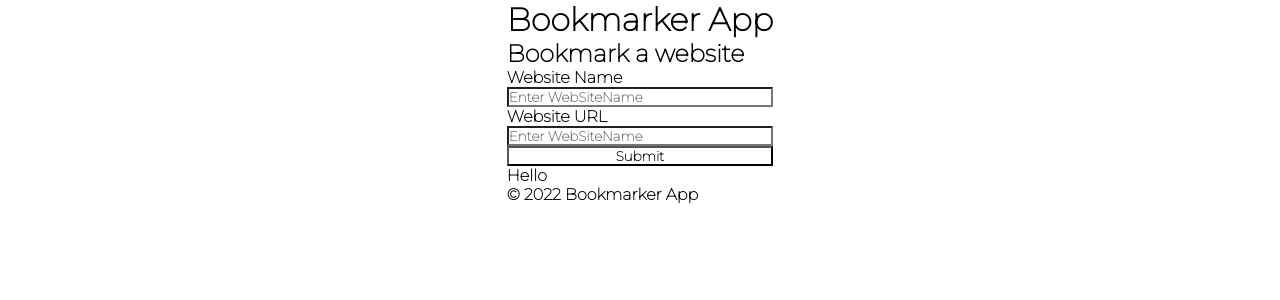
Repository: Suporl9/BookMarkerApp
Page: index.html
The author's editor kept a copy of each file at every save. The page is drawn from the files as they stood at one save, then again after the next save.
The browser window is 1280 px wide. The pictures show the whole page.

Above is the page before, as saved 2021-11-21 17:40:05.

### index.html
<!DOCTYPE html>
<html lang="en">
  <head>
    <meta charset="UTF-8" />
    <meta http-equiv="X-UA-Compatible" content="IE=edge" />
    <meta name="viewport" content="width=device-width, initial-scale=1.0" />
    <link rel="stylesheet" href="./style.css" />
    <title>Document</title>
  </head>
  <body>
    <div class="container">
      <div class="innerContainer">
        <div class="bookmarkerSection"><h1>Bookmarker App</h1></div>
        <div class="vh"></div>
        <div class="formInput">
          <form class="formSec">
            <h2>Bookmark a website</h2>
            <div class="sitesec">
              <label name="siteName">Website Name</label>
              <input
                type="text"
                name="sitename"
                placeholder="Enter WebSiteName"
              />
              <label name="siteName">Website URL</label>
              <input
                type="text"
                name="sitename"
                placeholder="Enter WebSiteName"
              />
              <button>Submit</button>
            </div>
          </form>
        </div>
        <div class="toBeAdded">Hello</div>
        <footer class="footer">
          <p>&copy; 2022 Bookmarker App</p>
        </footer>
      </div>
    </div>
  </body>
</html>

### style.css
@import url("https://fonts.googleapis.com/css2?family=Montserrat:wght@100&display=swap");

:root {
  --main-bg-color: rgb(255, 255, 255);
}
* {
  background-color: var(--main-bg-color);
  font-family: "Montserrat", sans-serif;
  box-sizing: border-box; /* includes padding in height and width(the box outside doesnot get bigger when adding padding and stuff)*/
  margin: 0;
  padding: 0;
  font-weight: bold;
  /* border: none; */
}
.container {
  margin: auto;
  width: 70%;
  display: flex;
  justify-content: center;
}
.innerContainer,
.formSec,
.sitesec {
  display: flex;
  flex-direction: column;
}
.sitesec {
  background-color: rgb(97, 96, 95);
}
/* .formSec,
.sitesec {
  display: flex;
  flex-direction: column;
} */
/* .sitesec {
  display: flex;
  flex-direction: column;
}
 */

After the next save:
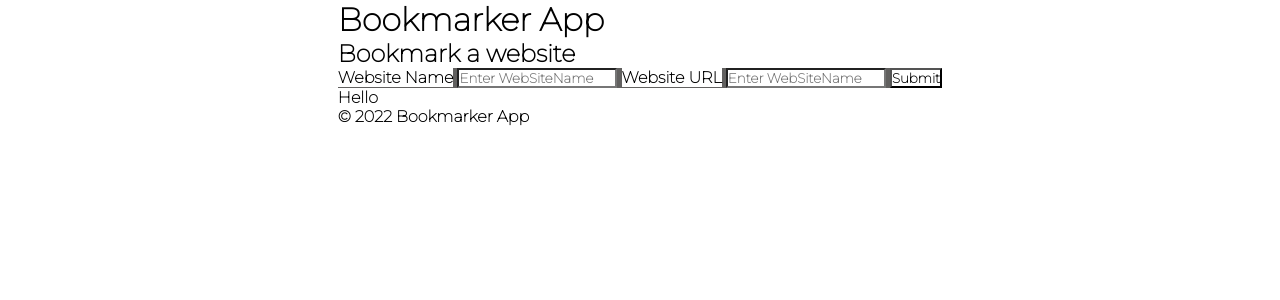
Saved 18 s later.
--- a/style.css
+++ b/style.css
@@ -19,8 +19,7 @@
   justify-content: center;
 }
 .innerContainer,
-.formSec,
-.sitesec {
+.formSec {
   display: flex;
   flex-direction: column;
 }

After the save that followed:
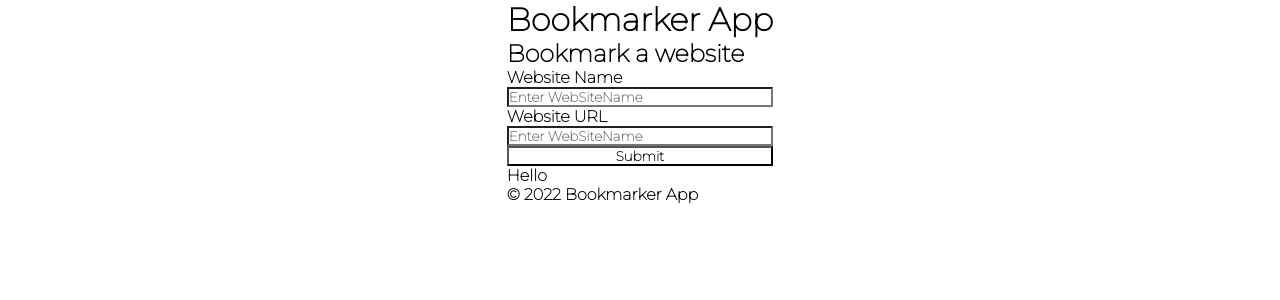
Saved 9 s later.
--- a/style.css
+++ b/style.css
@@ -24,6 +24,8 @@
   flex-direction: column;
 }
 .sitesec {
+  display: flex;
+  flex-direction: column;
   background-color: rgb(97, 96, 95);
 }
 /* .formSec,
